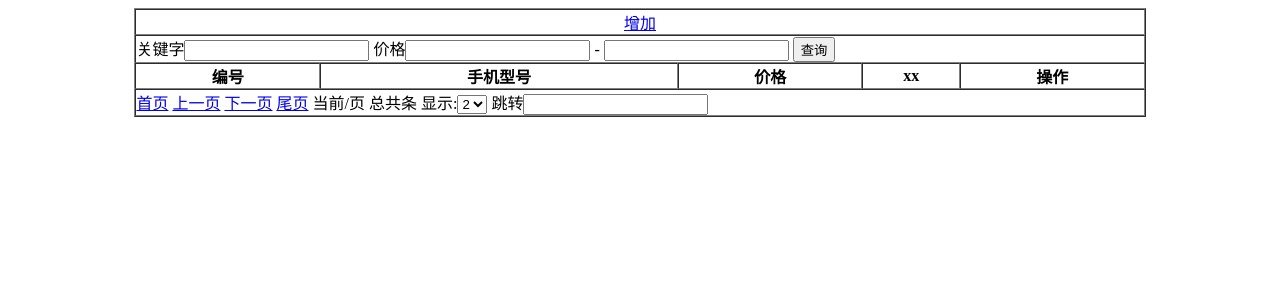
Repository: qyl1006/JavaCode
Page: http://localhost/task04/WEB-INF/views/product/list.jsp
These files come from the project's save history. The page is drawn as it stood at one moment and after the next save; the edit follows.
The browser window is 1280 px wide. The pictures show the whole page.
The page is served by Tomcat 9. Nobody is signed in. Other server files are loaded and not shown. The template is opened directly, without the code that normally fills it, so the values that code supplies are empty.

Above is the page before, as saved 2018-03-15 14:32:21.

### workspace/task04/webapp/WEB-INF/views/product/list.jsp
<%@ page language="java" contentType="text/html; charset=UTF-8"
    pageEncoding="UTF-8"%>
<!DOCTYPE html PUBLIC "-//W3C//DTD HTML 4.01 Transitional//EN" "http://www.w3.org/TR/html4/loose.dtd">
<%@ taglib prefix="c" uri="http://java.sun.com/jsp/jstl/core" %>
<html>
<head>
<meta http-equiv="Content-Type" content="text/html; charset=UTF-8">
<title>Insert title here</title>
	<script type="text/javascript">
		function goPage(pageNum){
			var form = document.getElementById(id);
			form.currentPage.value = pageNum;
			form.submit();
		}
	</script>
</head>
<body>
<form action="/product" method="post" id="f1">
	<table align="center" border="1" width="80%" cellpadding="0" cellspacing="0">
		<tr align="center">
			<td colspan="5">
			<a href="/product?cmd=edit">增加</a>
			</td>
		</tr>

		<tr>
			<td colspan="5">
				关键字<input type="text" name="keyWord" name="${qo.keyWord}"/>
				价格<input type="text" name="minPrice" name="${qo.minPrice}"/> -
				<input type="text" name="maxPrice" name="${qo.maxPrice}"/>
					<input type="button" value="查询" onclick="goPage(1)"/>
			</td>
		</tr>
		<tr align="center">
			<th>编号</th>
			<th>手机型号</th>
			<th>价格</th>
			<th>xx</th>
			<th>操作</th>
		</tr>

	<c:forEach items="${result.data}" var="p" varStatus="vs">
		<tr align="center">
			<td>${p.id}</td>
			<td>${p.name}</td>
			<td>${p.price}</td>
			<td>${p.info}</td>
			<td>
				<a href="/product?cmd=edit&id=${p.id}">编辑</a>
				<a href="/product?cmd=delete&id=${p.id}">删除</a>
			</td>
		</tr>
	</c:forEach>

		<tr>
			<td colspan="5">
				<a href="javascript:goPage(1)">首页</a>
				<a href="javascript:goPage(${result.prevPage})">上一页</a>
				<a href="javascript:goPage(${result.nextPage})">下一页</a>
				<a href="javascript:goPage(${result.endPage})">尾页</a>

				当前${result.currentPage}/${result.endPage}页
				总共${result.pageCount}条
				显示:<select name="pageSize" onchange="goPage(1)">
						<option ${result.pageSize == 2 ? 'selected' : ''}>2</option>
						<option ${result.pageSize == 4 ? 'selected' : ''}>4</option>
						<option ${result.pageSize == 6 ? 'selected' : ''}>6</option>
					</select>

				跳转<input type="text" name="currentPage" value="${result.currentPage}"/>
			</td>
		</tr>
	</table>
</form>
</body>
</html>

After the next save:
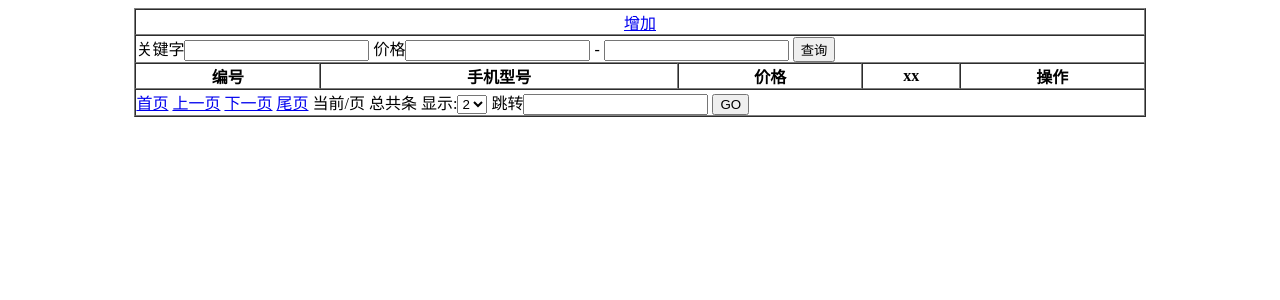
Saved 23 s later.
--- a/workspace/task04/webapp/WEB-INF/views/product/list.jsp
+++ b/workspace/task04/webapp/WEB-INF/views/product/list.jsp
@@ -68,6 +68,7 @@
 					</select>
 
 				跳转<input type="text" name="currentPage" value="${result.currentPage}"/>
+					<input type="submit" value="GO"/>
 			</td>
 		</tr>
 	</table>
